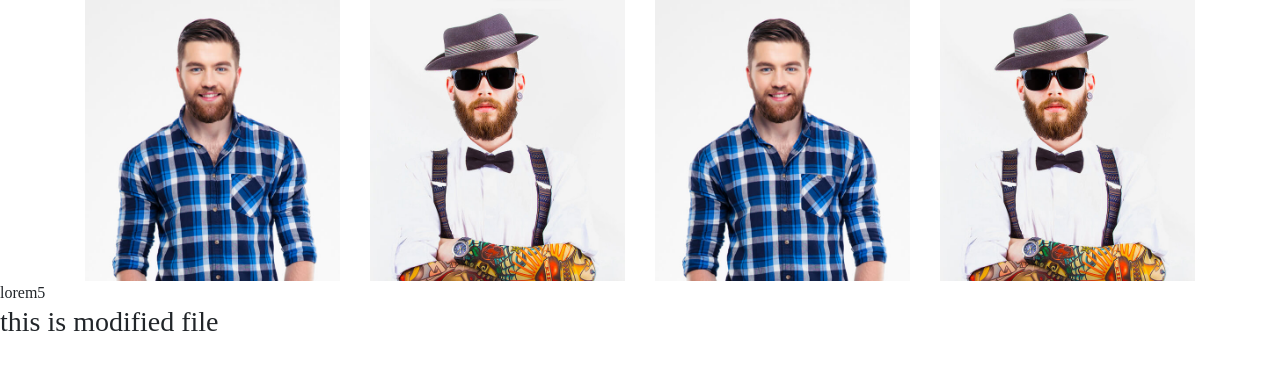
Repository: abdallahgad0000/RouteTeam
Page: index.html
An editor plug-in stored every save of this project. The page is shown before and after a run of saves, followed by the edit.
The browser window is 1280 px wide. The pictures show the whole page.

Above is the page before, as saved 2020-12-26 10:54:08.

### index.html
<html>
  <head>
    <link rel="stylesheet" href="css/bootstrap.min.css" />
    <link rel="stylesheet" href="css/all.min.css" />
    <link rel="stylesheet" href="css/style.css" />
  </head>

  <body>
    <!--this is beshoy section-->
     <section>
       <div class="container">
         <div class="row">
           <div class="col-md-3">
             <div class="item">
               <img src="./images/img1.jpg" class="w-100" alt="">
             </div>
           </div>
           <div class="col-md-3">
            <div class="item">
              <img src="./images/img2.jpg" class="w-100" alt="">
            </div>
          </div>
          <div class="col-md-3">
            <div class="item">
              <img src="./images/img1.jpg" class="w-100" alt="">
            </div>
          </div>
          <div class="col-md-3">
            <div class="item">
              <img src="./images/img2.jpg" class="w-100" alt="">
            </div>
          </div>
         </div>
       </div>
     </section>
    <!--end of section 1-->

    lorem5
    <h3> this is modified file</h3>

    <script src="js/main.js"></script>
    <script src="js/jquery-3.5.1.min.js"></script>
    <script src="js/popper.min.js"></script>
    <script src="js/bootstrap.min.js"></script>
  </body>
</html>

### css/style.css
body
{
    font-family: 'segoe ui light';
}

Loaded but not shown: css/bootstrap.min.css (library); css/all.min.css (library); js/jquery-3.5.1.min.js (library); js/popper.min.js (library); js/bootstrap.min.js (library); js/main.js (no stored copy; drawn as an empty file)

After the next 2 saves:
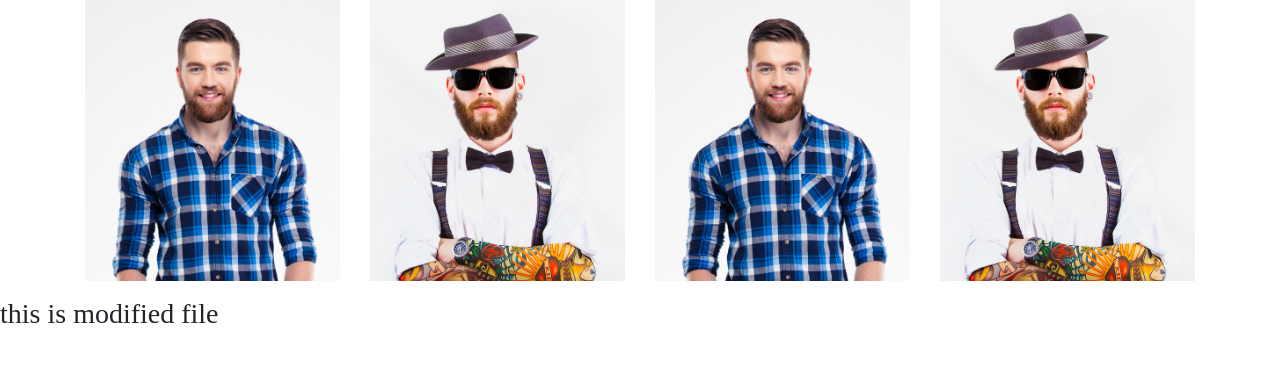
The 2 saves are shown as one change because they came seconds apart.
The last was saved 10 s later.
--- a/index.html
+++ b/index.html
@@ -35,7 +35,7 @@
      </section>
     <!--end of section 1-->
 
-    lorem5
+    <p>
     <h3> this is modified file</h3>
 
     <script src="js/main.js"></script>
